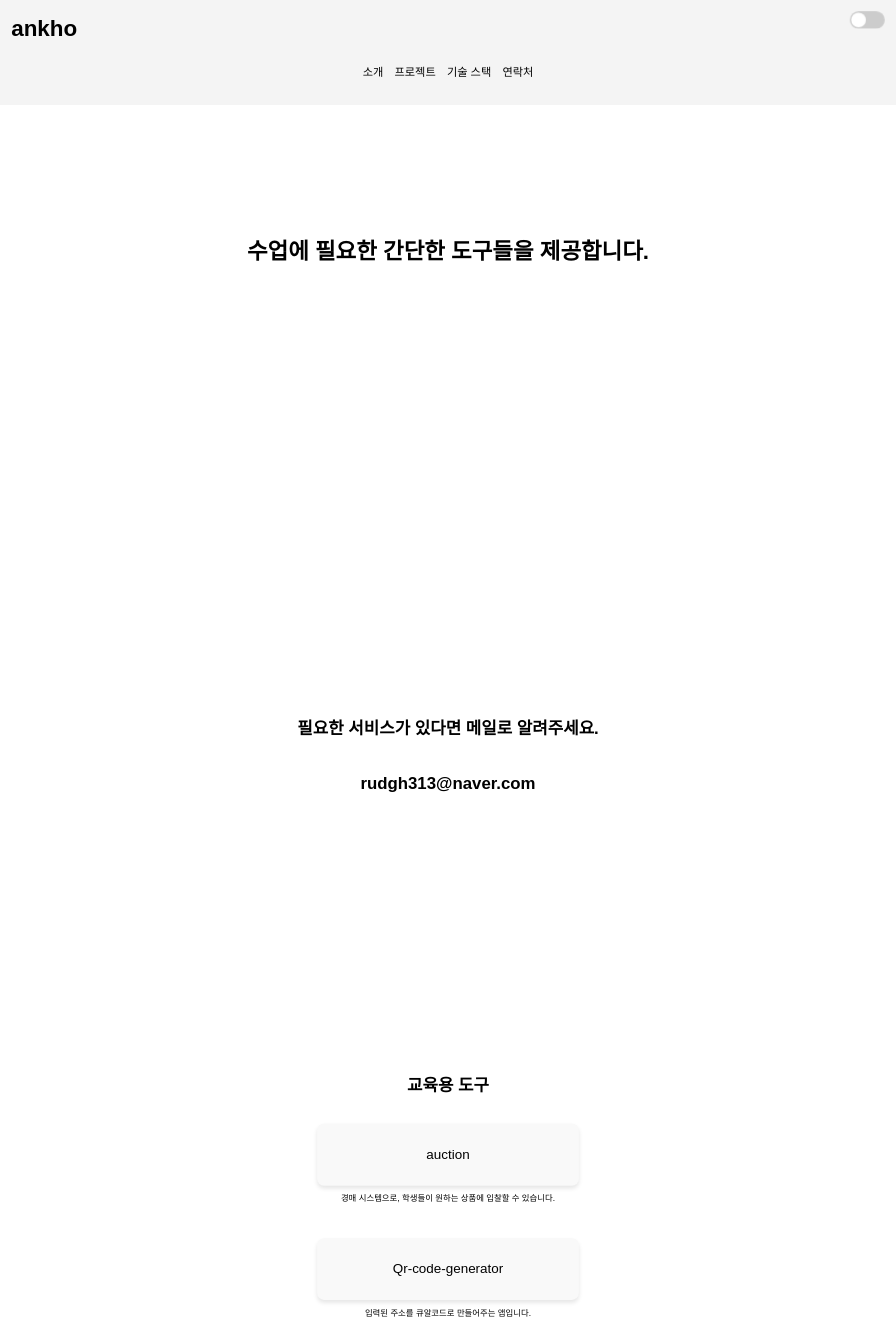
Repository: Anarchyve/portfolio
Page: index.html
The author's editor kept a copy of each file at every save. The page is drawn from the files as they stood at one save, then again after the next save.
The browser window is 1280 px wide. The pictures show the part of the page from y = 0 to 1920 px (the page is 3600 px tall), at 70% of full size.

Above is the page before, as saved 2024-11-17 17:08:04.

After the next save:
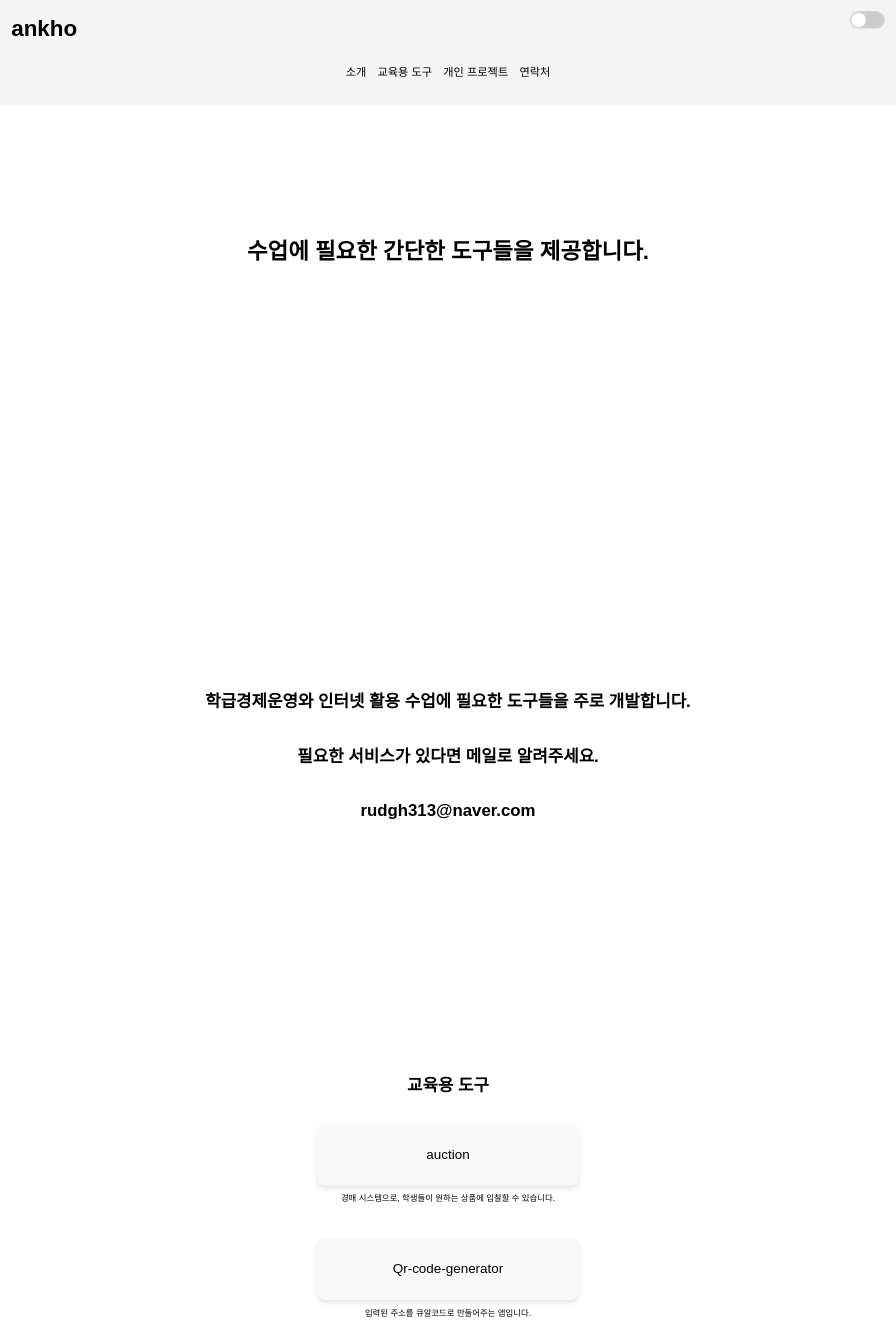
Saved 116 min 26 s later.
--- a/index.html
+++ b/index.html
@@ -12,8 +12,8 @@
         <nav>
             <ul>
                 <li><a href="#about">소개</a></li>
-                <li><a href="#projects">프로젝트</a></li>
-                <li><a href="#skills">기술 스택</a></li>
+                <li><a href="#edu-projects">교육용 도구</a></li>
+                <li><a href="#personal-projects">개인 프로젝트</a></li>
                 <li><a href="#contact">연락처</a></li>
                 <div class="toggle-switch">
                     <input type="checkbox" id="theme-toggle" />
@@ -28,11 +28,12 @@
     </section>
 
     <section id="about" class="scroll-section">
+        <h2>학급경제운영와 인터넷 활용 수업에 필요한 도구들을 주로 개발합니다.</h2>
         <h2>필요한 서비스가 있다면 메일로 알려주세요.</h2>
         <h2>rudgh313@naver.com</h2>
     </section>
 
-    <section id="projects" class="scroll-section">
+    <section id="edu-projects" class="scroll-section">
         <h2>교육용 도구</h2>
         <div class="projects-lists">
             <div class="project-item">
@@ -51,7 +52,7 @@
 
     </section>
 
-    <section id="projects" class="scroll-section">
+    <section id="personal-projects" class="scroll-section">
         <h2>개인프로젝트</h2>
         <div class="projects-lists">
             <div class="project-item">
